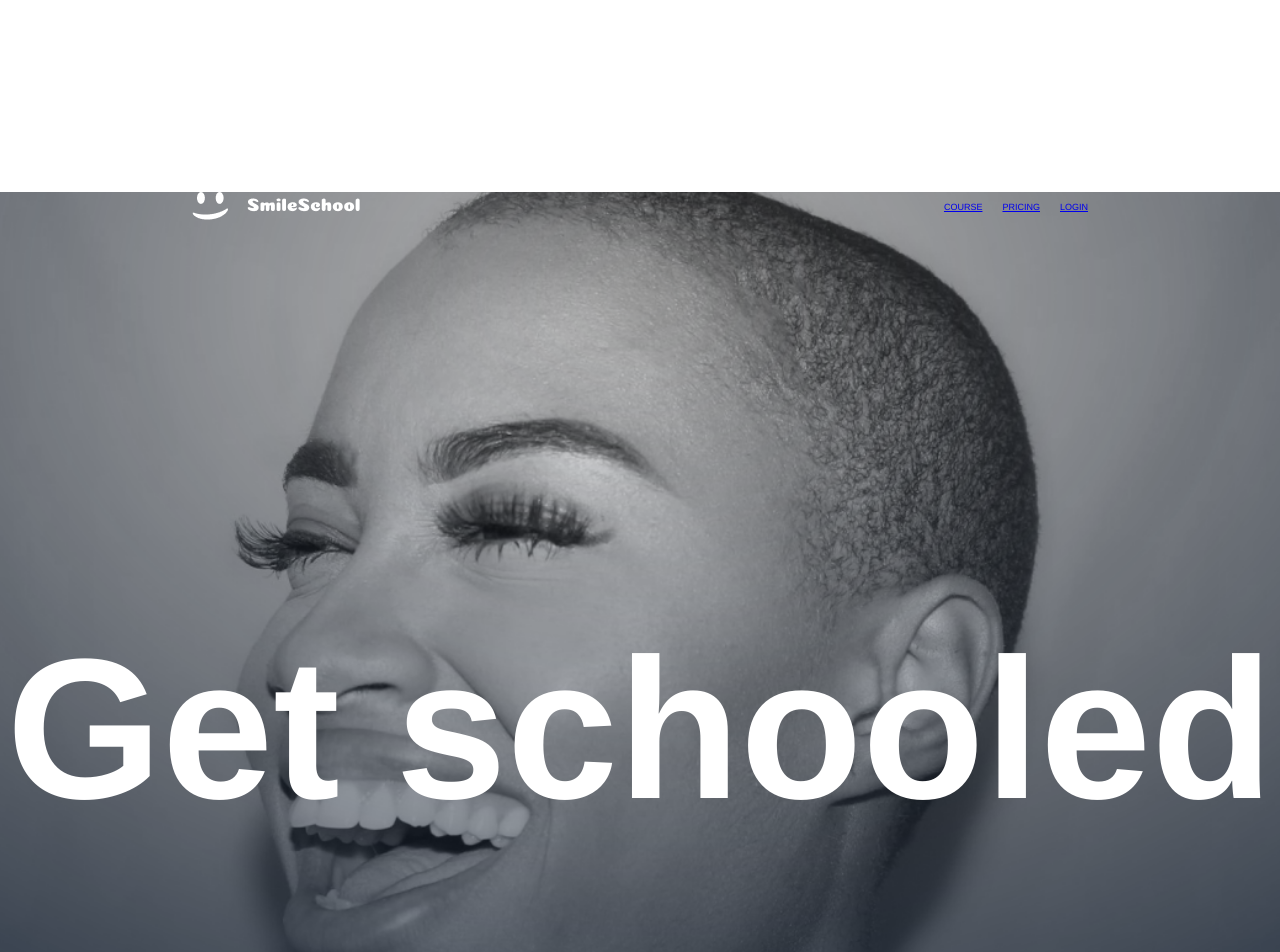
Repository: mwihakiann/alx_html_css
Page: css_advanced/index.html
An editor plug-in stored every save of this project. The page is shown before and after the next save, followed by the edit.
The browser window is 1280 px wide. The pictures show the part of the page from y = 0 to 952 px (the page is 4262 px tall before and 3947 px after).
A picture or video elsewhere on the page could not be fetched, so the positions and the page height are approximate. Some web libraries are served in a nearby version.

Above is the page before, as saved 2025-09-28 18:45:39.

### css_advanced/index.html
<!DOCTYPE html>
<html lang="en">
<head>
  <meta charset="UTF-8">
  <meta name="viewport" content="width=device-width, initial-scale=1.0">
  <script src="https://kit.fontawesome.com/4a2b055604.js" crossorigin="anonymous"></script>
  <title>Document</title>
  <link rel="stylesheet" href="styles.css">
</head>
<body>
    <section class="first-page">
  <header>
    <nav>
      <img src="./images/logo.png" alt="logo">
      <ul>
        <li><a href="#">COURSE</a></li>
        <li><a href="#">PRICING</a></li>
        <li><a href="#">LOGIN</a></li>
      </ul>
    </nav>
  </header>

  <main>
    <section>
      <div class="intro">
        <h1 class="school">Get schooled</h1>
        <div class="horizontal-stack">
        <span>SMILES</span>
        <span>GRIN</span>
        <span>LAUGH</span>
        </div>
        <br>
        <button class="register">REGISTER FOR FREE</button>
      </div>
      <br>
      <div class="learn-from-pros">
        <h2>Learn from the pros</h2>
        <div class="pros">
          <div>
            <img src="./images/1.png" alt="">
            <h3>Phillip Massey</h3>
            <p>« Smile of the year » 2018 - 2019</p>
          </div>
          <div>
            <img src="./images/3.png" alt="">
            <h3>Nannie Lawrence</h3>
            <p>Best « little smile » 2017</p>
          </div>
          <div>
            <img src="./images/2.png" alt="" class="bruce">
            <h3>Bruce Walters</h3>
            <p>Best « Friend Smile » live performance 2019</p>
          </div>
          <div>
            <img src="./images/4.png" alt="">
            <h3>Henry Hughes</h3>
            <p>« 24h smiles » winner 2016 - 2019</p>
          </div>
        </div>
      </div>
    </section>
</section>

    <section>
      <div>
        <img src="./images/5.png" alt="image">
      </div>
      <div>
        <blockquote>« Those tutorials are concise and go straight to the point. I can’t think of a better place to learn smiling. And it’s so fun!</blockquote>
        <h3>NAME</h3>
        <p>weather presenter</p>
      </div>
    </section>

    <section>
      <h2>Most popular tutorials</h2>

      <div class="tutorial-card">
        <img src="./images/9.png" alt="Diagonal Smile">
        <img src="./images/play.png" alt="play button" class="play-btn">
        <h3>Diagonal Smile</h3>
        <p>Lorem ipsum dolor sit amet, consect adipiscing elit, sed do eiusmod.</p>
        <div>
          <img src="./images/1 (3).png" alt="">
          <h4>Phillip Massey</h4>
        </div>
        <div>
          <div><i class="fa-solid fa-star"></i></div>
          <div><i class="fa-solid fa-star"></i></div>
          <div><i class="fa-solid fa-star"></i></div>
          <div><i class="fa-solid fa-star"></i></div>
          <div><i class="fa-solid fa-star"></i></div>
        </div>
        <p>8 min</p>
      </div>

      <div class="tutorial-card">
        <img src="./images/6.png" alt="Happy Smile">
        <img src="./images/play.png" alt="play button" class="play-btn">
        <h3>Happy Smile</h3>
        <p>Lorem ipsum dolor sit amet, consect adipiscing elit, sed do eiusmod.</p>
        <div>
          <img src="./images/1 (3).png" alt="">
          <h4>Phillip Massey</h4>
        </div>
        <div>
          <div><i class="fa-solid fa-star"></i></div>
          <div><i class="fa-solid fa-star"></i></div>
          <div><i class="fa-solid fa-star"></i></div>
          <div><i class="fa-solid fa-star"></i></div>
          <div><i class="fa-solid fa-star"></i></div>
        </div>
        <p>8 min</p>
      </div>

      <div class="tutorial-card">
        <img src="./images/8.png" alt="Natural Smile">
        <img src="./images/play.png" alt="play button" class="play-btn">
        <h3>Natural Smile</h3>
        <p>Lorem ipsum dolor sit amet, consect adipiscing elit, sed do eiusmod.</p>
        <div>
          <img src="./images/1.png" alt="">
          <h4>Phillip Massey</h4>
        </div>
        <div>
          <div><i class="fa-solid fa-star"></i></div>
          <div><i class="fa-solid fa-star"></i></div>
          <div><i class="fa-solid fa-star"></i></div>
          <div><i class="fa-solid fa-star"></i></div>
          <div><i class="fa-solid fa-star"></i></div>
        </div>
        <p>8 min</p>
      </div>

      <div class="tutorial-card">
        <img src="./images/7.png" alt="Sad Smile">
        <img src="./images/play.png" alt="play button" class="play-btn">
        <h3>Sad Smile</h3>
        <p>Lorem ipsum dolor sit amet, consect adipiscing elit, sed do eiusmod.</p>
        <div>
          <img src="./images/1.png" alt="">
          <h4>Phillip Massey</h4>
        </div>
        <div>
          <div><i class="fa-solid fa-star"></i></div>
          <div><i class="fa-solid fa-star"></i></div>
          <div><i class="fa-solid fa-star"></i></div>
          <div><i class="fa-solid fa-star"></i></div>
          <div><i class="fa-solid fa-star"></i></div>
        </div>
        <p>8 min</p>
      </div>
    </section>

    <section>
      <h2>Free membership</h2>
      <div>
        <img src="./images/smile.png" alt="">
        <h3>Lorem Ipsum</h3>
        <p>Lorem ipsum dolor sit amet, consectetur adipiscing elit.</p>
      </div>
      <div>
        <img src="./images/smile.png" alt="">
        <h3>Lorem Ipsum</h3>
        <p>Lorem ipsum dolor sit amet, consectetur adipiscing elit.</p>
      </div>
      <div>
        <img src="./images/smile.png" alt="">
        <h3>Lorem Ipsum</h3>
        <p>Lorem ipsum dolor sit amet, consectetur adipiscing elit.</p>
      </div>
      <div>
        <img src="./images/smile.png" alt="">
        <h3>Lorem Ipsum</h3>
        <p>Lorem ipsum dolor sit amet, consectetur adipiscing elit.</p>
      </div>
      <button>REGISTER FOR FREE</button>
    </section>

    <section>
      <h2>F.A.Q</h2>
      <div>
        <div>
          <div>
            <h3>How does this work?</h3>
          </div>
          <div>
            Lorem ipsum dolor sit amet, consectetur adipiscing elit, sed do eiusmod tempor incididunt ut labore et dolore magna aliqua.
          </div>

          <div>
            <h3>How does this work?</h3>
          </div>
          <div>
            Lorem ipsum dolor sit amet, consectetur adipiscing elit, sed do eiusmod tempor incididunt ut labore et dolore magna aliqua.
          </div>
        </div>
        <div>
          <div>
            <h3>How does this work?</h3>
          </div>
          <div>
            Lorem ipsum dolor sit amet, consectetur adipiscing elit, sed do eiusmod tempor incididunt ut labore et dolore magna aliqua.
          </div>
          <div>
            <h3>How does this work?</h3>
          </div>
          <div>
            Lorem ipsum dolor sit amet, consectetur adipiscing elit, sed do eiusmod tempor incididunt ut labore et dolore magna aliqua.
          </div>
        </div>
      </div>
    </section>
  </main>

  <footer>
    <section>
      <div>
        <img src="./images/logo.png" alt="logo">
        <div>
          <i class="fa-brands fa-facebook"></i>
          <i class="fa-brands fa-twitter"></i>
          <i class="fa-brands fa-instagram"></i>
        </div>
      </div>
      <p>©smileschool 2020</p>
    </section>
  </footer>
</body>
</html>

### css_advanced/styles.css
body{
    color: white;
    margin: 0;
    padding: 0;
    font-family: 'Franklin Gothic Medium', 'Arial Narrow', Arial, sans-serif;
}
nav ul{
    display: flex;
    gap: 20px;
    list-style: none;
    color: white;
    text-decoration: none;
}
nav{
    display: flex;
    justify-content: space-between;
    align-items: center;
    margin: 15%;
    font-size: xx-small;
}
.first-page{
    background-image: url(./images/Object.png);
    background-size: cover;
    background-position: center;
    color: white;
}
.intro{
    display: flex;
    flex-direction: column;
    justify-content: center;
    align-items: center;
}
.school{
    font-size: 200px;
    font-weight: bolder;
}
.register{
    background-color: purple;
    color: white;
    padding: 12px 24px;
    border-radius: 25px;
    font-weight: bold;
}
.learn-from-pros{
    display: flex;
    flex-direction: column;
    justify-content: center;
    align-items: center;
    font-size: medium;
}
.pros{
    display: flex;
    font-size:xx-small;
    gap: 100px;
}
.bruce{
    width: 150px;
    height: 150px;
    border-radius: 50%;
    object-fit: cover;
}
.horizontal-stack{
   display: flex;
    gap: 20px;
    font-size: smaller;
}
.tutorial-card {
    position: relative;
    display: inline-block;
    margin: 20px;
  }

  .tutorial-card img {
    display: block;
  }

  .tutorial-card .play-btn {
    position: absolute;
    top: 50px;
    left: 50%;
    transform: translateX(-50 -50%);
    width: 50px;
    height: 50px;
    pointer-events: none;
  }

After the next save:
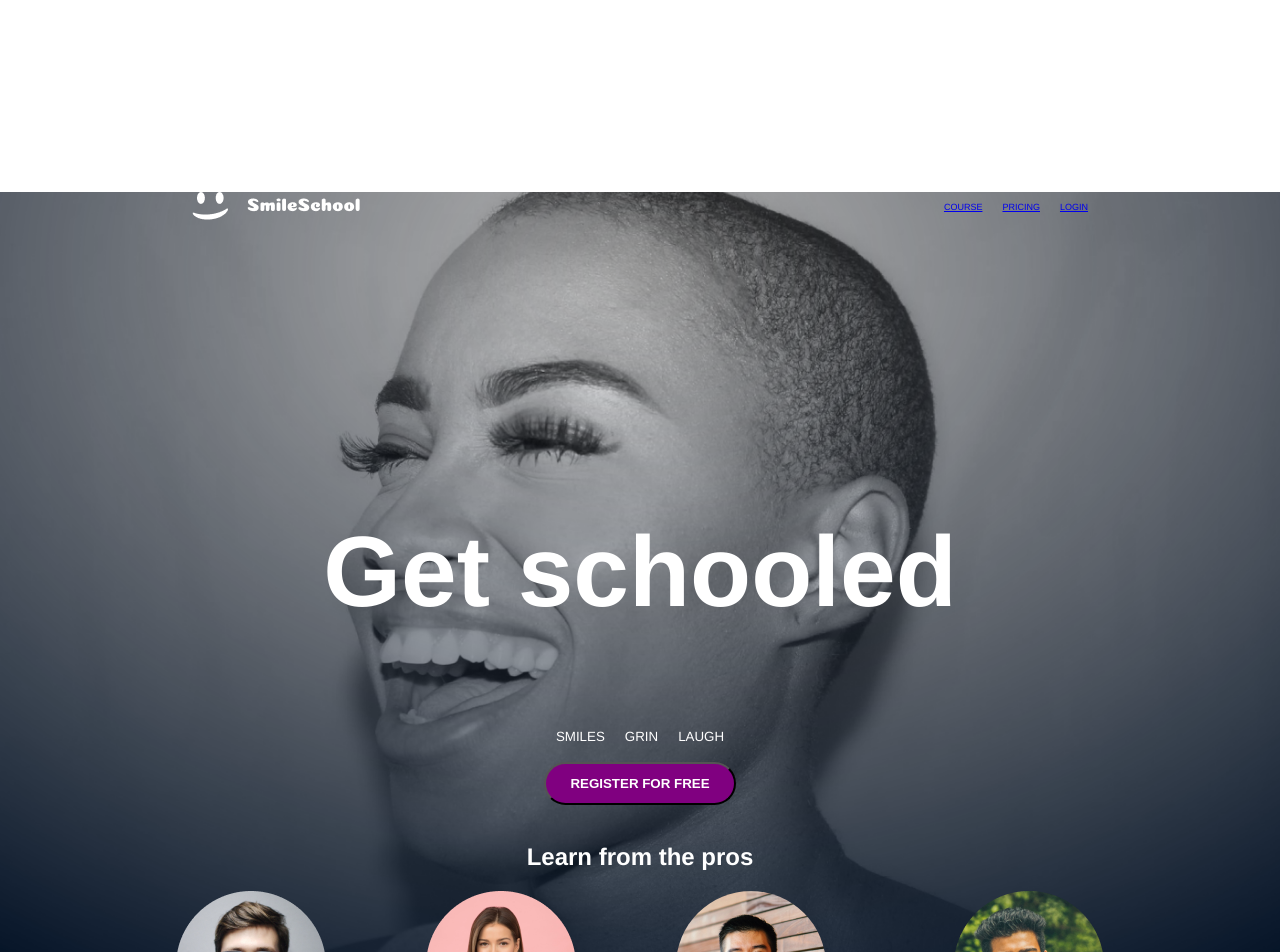
Saved 13 s later.
--- a/css_advanced/styles.css
+++ b/css_advanced/styles.css
@@ -31,7 +31,7 @@ nav{
     align-items: center;
 }
 .school{
-    font-size: 200px;
+    font-size: 100px;
     font-weight: bolder;
 }
 .register{
